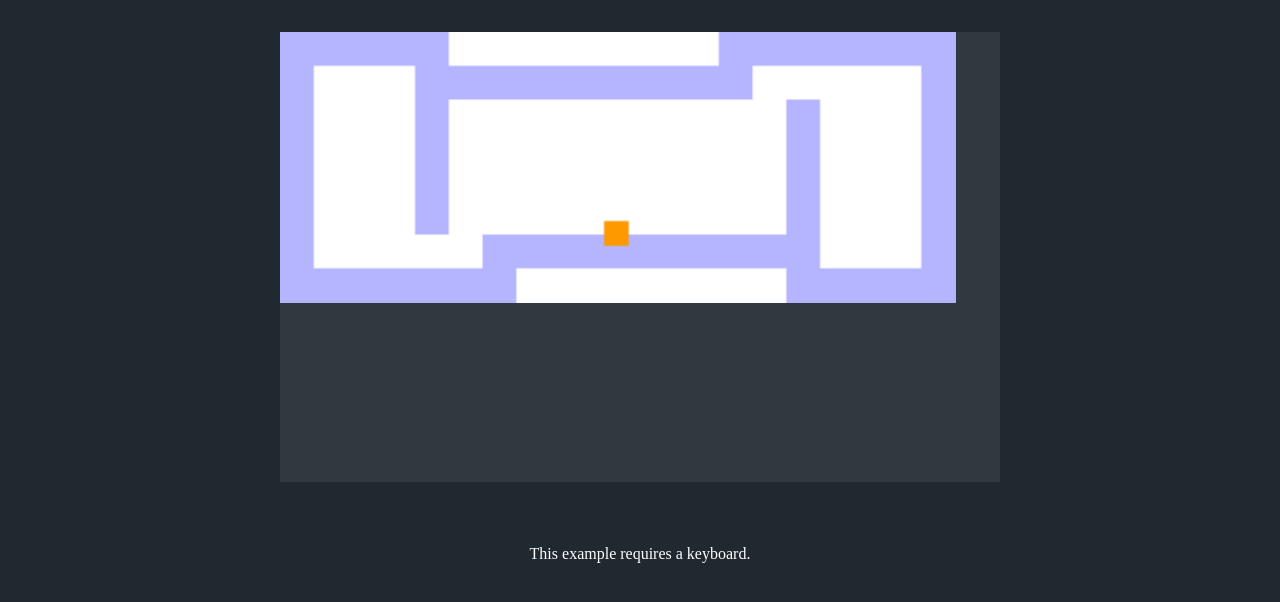
Repository: jh0l/WorldsHardestGame
Page: index.html
The author's editor kept a copy of each file at every save. The page is drawn from the files as they stood at one save, then again after a run of saves.
The browser window is 1280 px wide. The pictures show the whole page.

Above is the page before, as saved 2018-07-19 01:10:22.

After the next 4 saves:
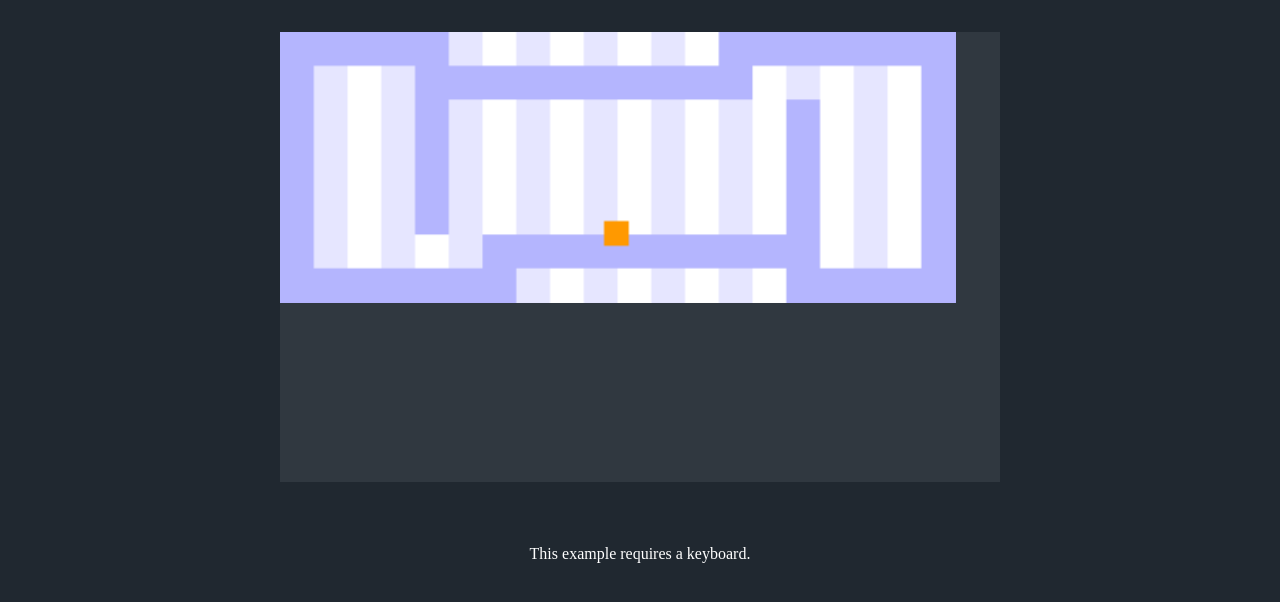
The 4 saves are shown as one change because they came seconds apart.
The last was saved 12 s later.
--- a/src/index.js
+++ b/src/index.js
@@ -30,7 +30,7 @@
   };
   const tileValColor = (val, index) => {
     if (val === '0') {
-      return index + game.world.columns % 2 === 1 ? "#e6e6ff": "#fff";
+      return index % 2 === 1 ? "#e6e6ff": "#fff";
     }
     return "#b4b5fe" ;
   };

After the save that followed:
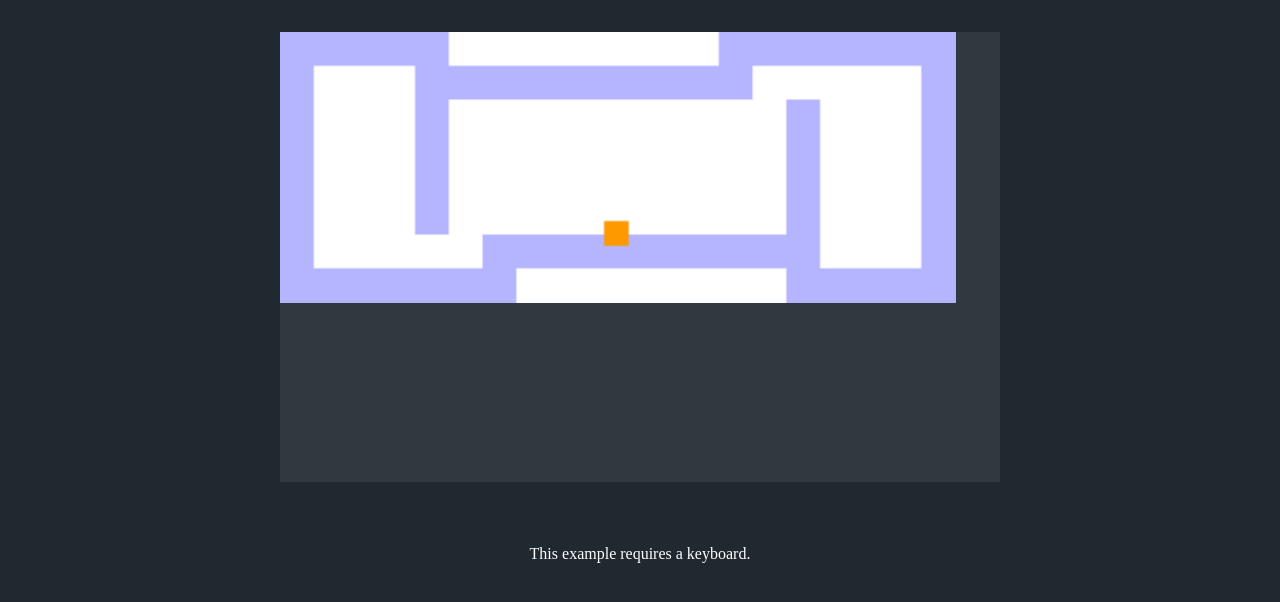
Saved 31 s later.
--- a/src/index.js
+++ b/src/index.js
@@ -29,8 +29,9 @@
     }
   };
   const tileValColor = (val, index) => {
+    console.log(game.world.columns);
     if (val === '0') {
-      return index % 2 === 1 ? "#e6e6ff": "#fff";
+      return index + game.world.columns % 2 === 1 ? "#e6e6ff": "#fff";
     }
     return "#b4b5fe" ;
   };
